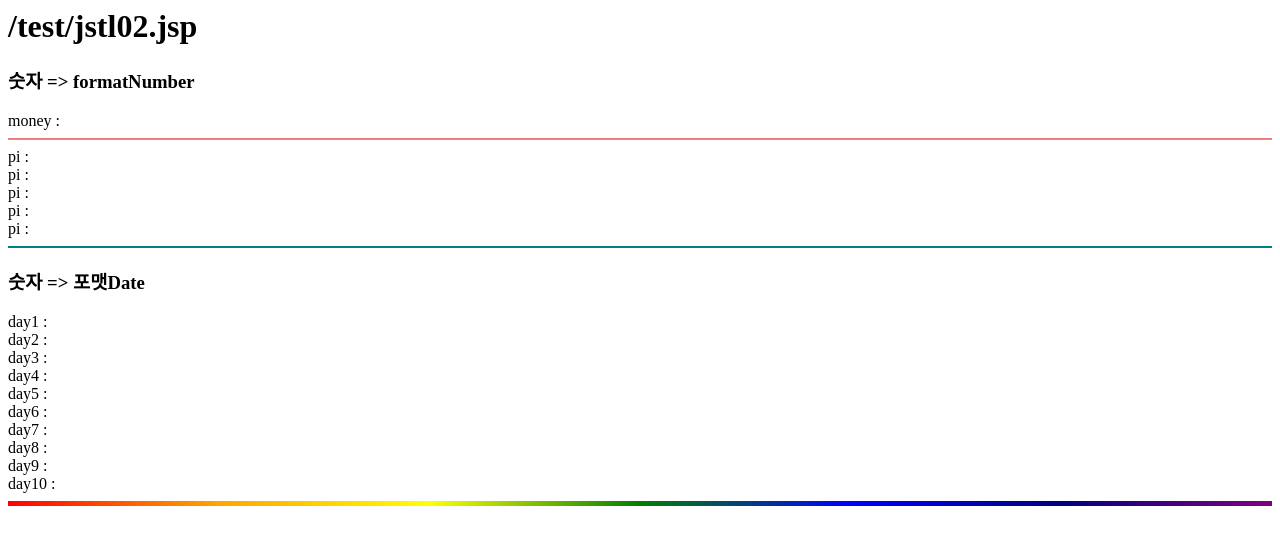
Repository: khsik/Woori-Computer-Academy
Page: http://localhost/mvc/WEB-INF/views/test/jstl02.jsp
These files come from the project's save history. The page is drawn as it stood at one moment and after the next save; the edit follows.
The browser window is 1280 px wide. The pictures show the whole page.
The page is served by Tomcat 9. Nobody is signed in. The template is opened directly, without the code that normally fills it, so the values that code supplies are empty.

Above is the page before, as saved 2024-05-13 07:31:02.

After the next save:
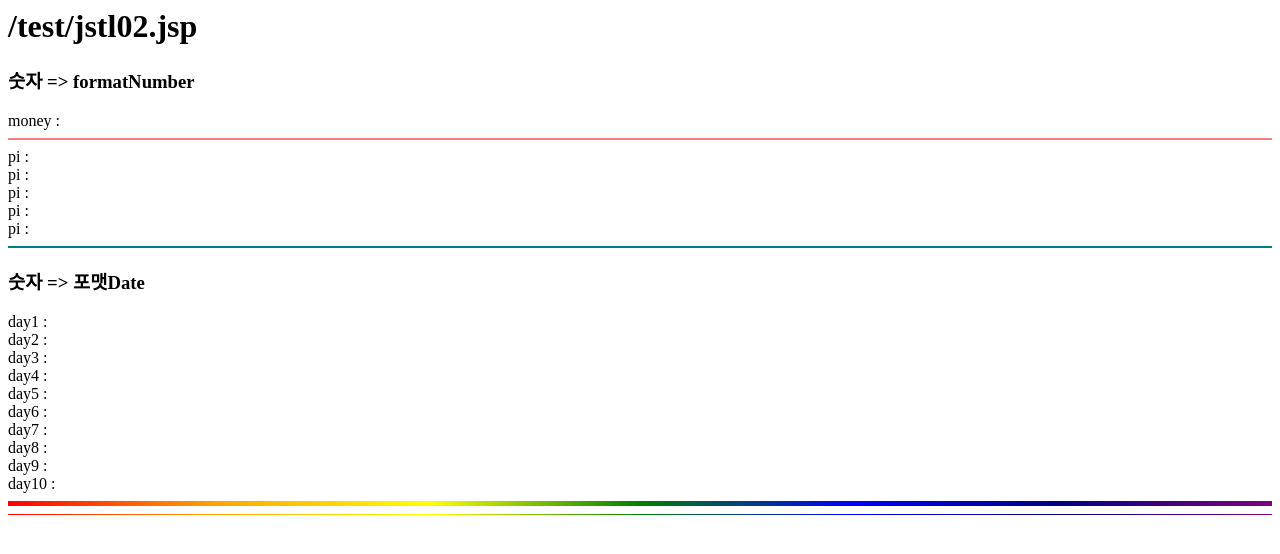
Saved 29 s later.
--- a/mvc/src/main/webapp/WEB-INF/views/test/jstl02.jsp
+++ b/mvc/src/main/webapp/WEB-INF/views/test/jstl02.jsp
@@ -32,3 +32,4 @@ day9 : <fmt:formatDate value="${day }" type="date" dateStyle="short" /> <br>
 day10 : <fmt:formatDate value="${day }" type="date" dateStyle="default" /> <br>
 
 <hr size="7px" style="border:0; background: linear-gradient(0.25turn, red, orange, yellow, green, blue, navy, purple);">
+<hr size="3px" style="border:0; background: linear-gradient(0.25turn, red, orange, yellow, green, blue, navy, purple);">
